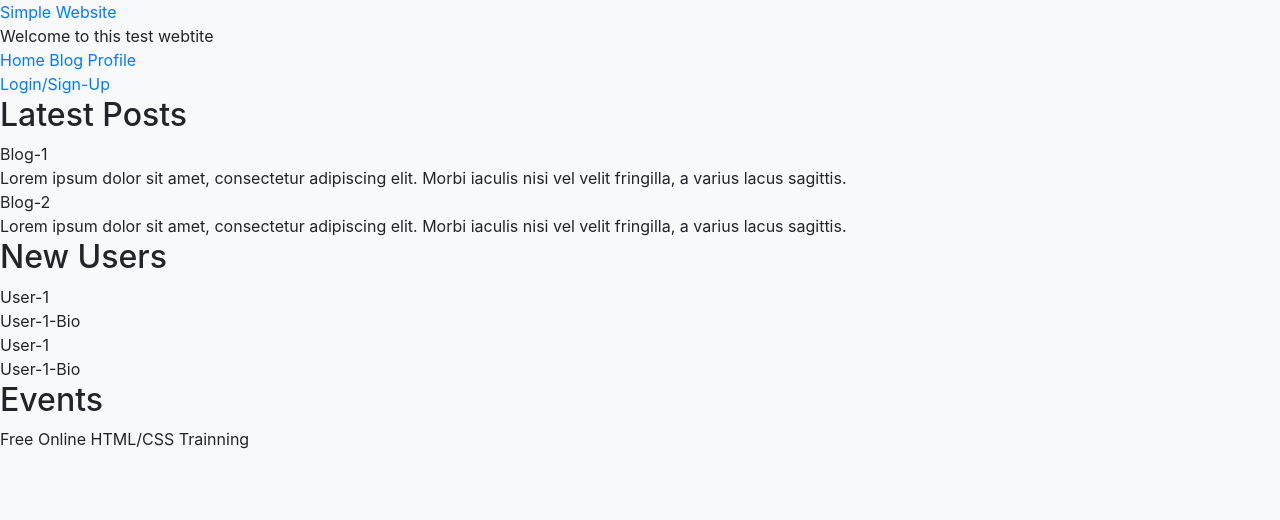
Repository: AbeTavarez/aws_sample_apps
Page: basic_website/index.html
The author's editor kept a record of every edit. The page is drawn from the files as they stood at one moment, then again after the next edit.
The browser window is 1280 px wide. The pictures show the whole page.

Above is the page before.

After the next edit:
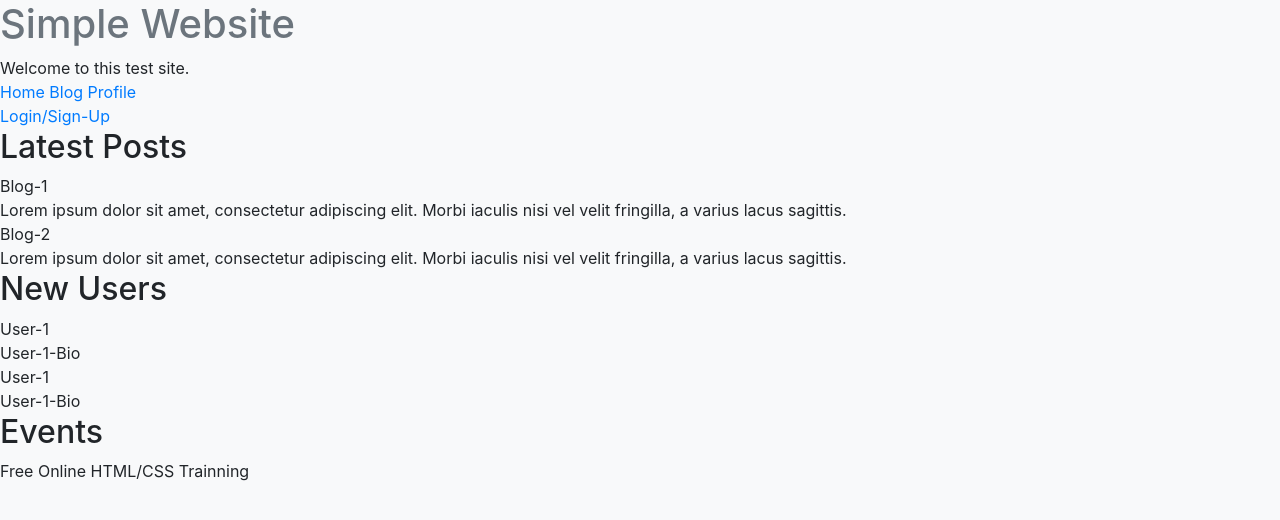
The edit:
--- a/basic_website/index.html
+++ b/basic_website/index.html
@@ -12,8 +12,8 @@
     </head>
     <body class="bg-light">
         <header>
-            <div class="text-primary">Simple Website</div>
-            <div>Welcome to this test webtite</div>
+            <div class="text-secondary h1">Simple Website</div>
+            <div>Welcome to this test site.</div>
         </header>
 
         <nav>
